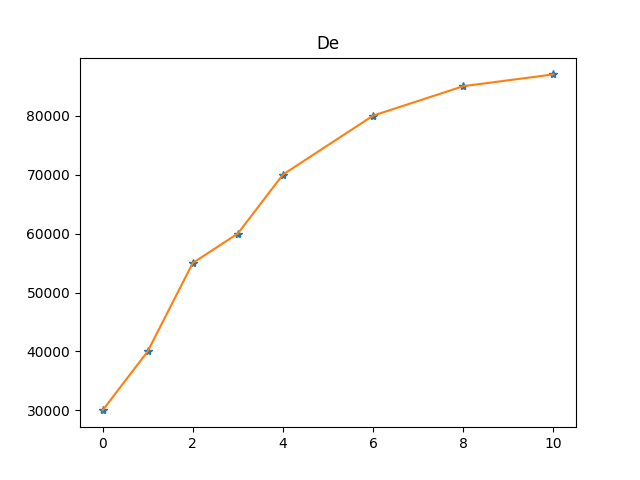
Repository: AbolfazlDargi/The-EXTENT-of-the-impact-of-rights
Script's output: python main.py
An editor plug-in stored every save of this project. The script's output is shown before and after a run of saves, followed by the edit.
Random numbers start from a fixed seed.

Above is the script's output before, as saved 2025-12-10 22:02:09.

### main.py
import matplotlib.pyplot as plt
import numpy as np
from sklearn.tree import DecisionTreeRegressor

years_of_experience = np.array([0,1, 2, 3, 4, 6, 8,10]).reshape(-1,1)
years_salieser = np.array([30000, 40000, 55000, 60000, 70000, 80000, 85000, 87000])

# plt.plot(years_of_experience, years_salieser, '*')
# plt.show()

model = DecisionTreeRegressor(max_depth=4)
model.fit(years_of_experience, years_salieser)

y_predict = model.predict(years_of_experience)

plt.plot(years_of_experience, years_salieser, '*',)
plt.plot(years_of_experience, y_predict)
plt.title('De')
plt.show()

After the next 12 saves:
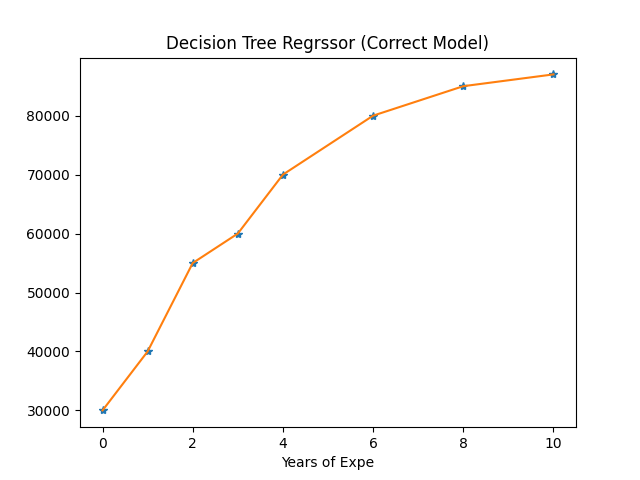
The 12 saves are shown as one change because they came seconds apart.
The last was saved 34 s later.
--- a/main.py
+++ b/main.py
@@ -15,5 +15,6 @@ y_predict = model.predict(years_of_experience)
 
 plt.plot(years_of_experience, years_salieser, '*',)
 plt.plot(years_of_experience, y_predict)
-plt.title('De')
+plt.title('Decision Tree Regrssor (Correct Model)')
+plt.xlabel('Years of Expe')
 plt.show()
